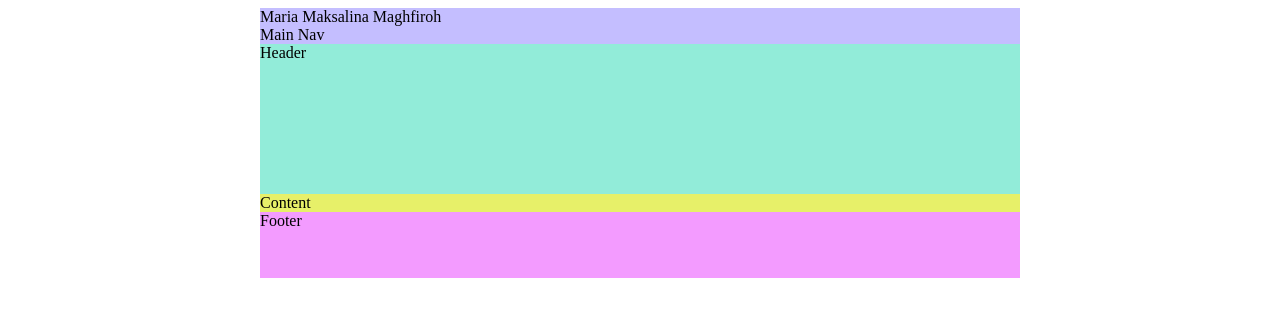
Repository: Bearli-py/latihan_bisdig
Page: index.html
The author's editor kept a copy of each file at every save. The page is drawn from the files as they stood at one save, then again after the next save.
The browser window is 1280 px wide. The pictures show the whole page.

Above is the page before, as saved 2025-09-09 15:14:13.

### index.html
<!DOCTYPE html>
<html lang="en">
<head>
    <meta charset="UTF-8">
    <meta name="viewport" content="width=device-width, initial-scale=1.0">
    <link rel="stylesheet" href="style.css">
    <title>Judul</title>

</head>
<body>
    <div id="page-container"> Maria Maksalina Maghfiroh
        <div id="main-nav">Main Nav</div>
        <div id="header">Header</div>
        <div id="content">Content</div>
        <div id="footer">Footer</div>
    </div>

</body>
</html>

### style.css
#page-container {
    width: 760px;
    margin: auto;
    background: rgb(196, 190, 255);
    text-align: left;
}
#header {
background: rgb(146, 236, 217);
height: 150px;
}
#content {
background: rgb(231, 240, 105);
}
#footer {
background: rgb(243, 155, 255);
height: 66px;
}

After the next save:
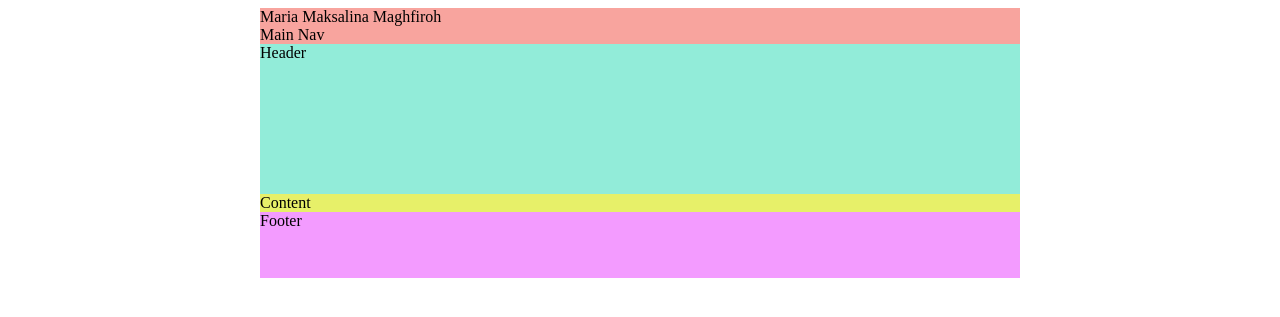
Saved 30 s later.
--- a/style.css
+++ b/style.css
@@ -1,7 +1,7 @@
 #page-container {
     width: 760px;
     margin: auto;
-    background: rgb(196, 190, 255);
+    background: rgb(248, 164, 158);
     text-align: left;
 }
 #header {
